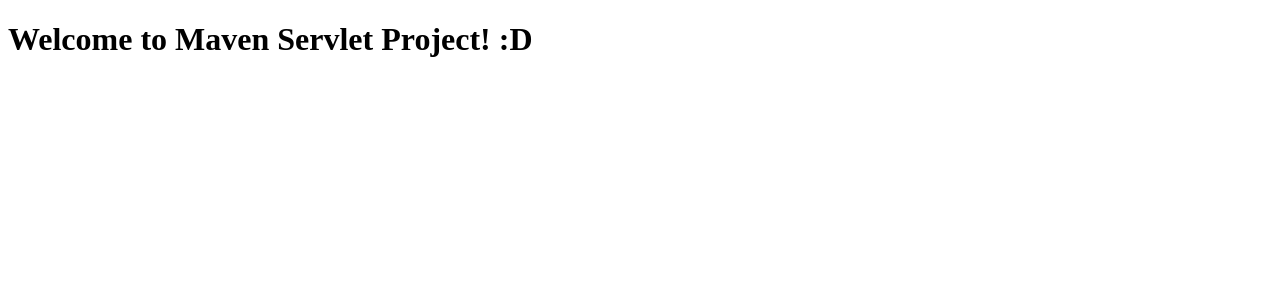
Repository: TheSonett/Java
Page: http://localhost/MavenServletProject/
These files come from the project's save history. The page is drawn as it stood at one moment and after the next save; the edit follows.
The browser window is 1280 px wide. The pictures show the whole page.
The page is served by Tomcat 9. Other server files are loaded and not shown.

Above is the page before, as saved 2023-08-01 09:50:42.

### Java Servlet/MavenServletProject/src/main/webapp/index.jsp
<%@page language="java" contentType="text/html; charset=ISO-8859-1" pageEncoding="ISO-8859-1"%>
<!DOCTYPE html>
<html>
<head>
<meta charset="ISO-8859-1">
<title>Insert title here</title>
</head>
<body>
	<h1>Welcome to Maven Servlet Project! :D</h1>
	<form action="">

	</form>
</body>
</html>

After the next save:
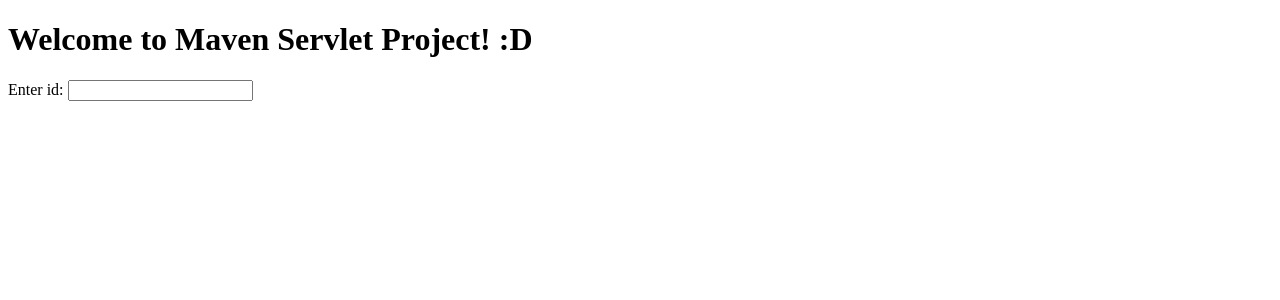
Saved 16 s later.
--- a/Java Servlet/MavenServletProject/src/main/webapp/index.jsp
+++ b/Java Servlet/MavenServletProject/src/main/webapp/index.jsp
@@ -8,7 +8,7 @@
 <body>
 	<h1>Welcome to Maven Servlet Project! :D</h1>
 	<form action="">
-
+		Enter id: <input type="text">
 	</form>
 </body>
 </html>
